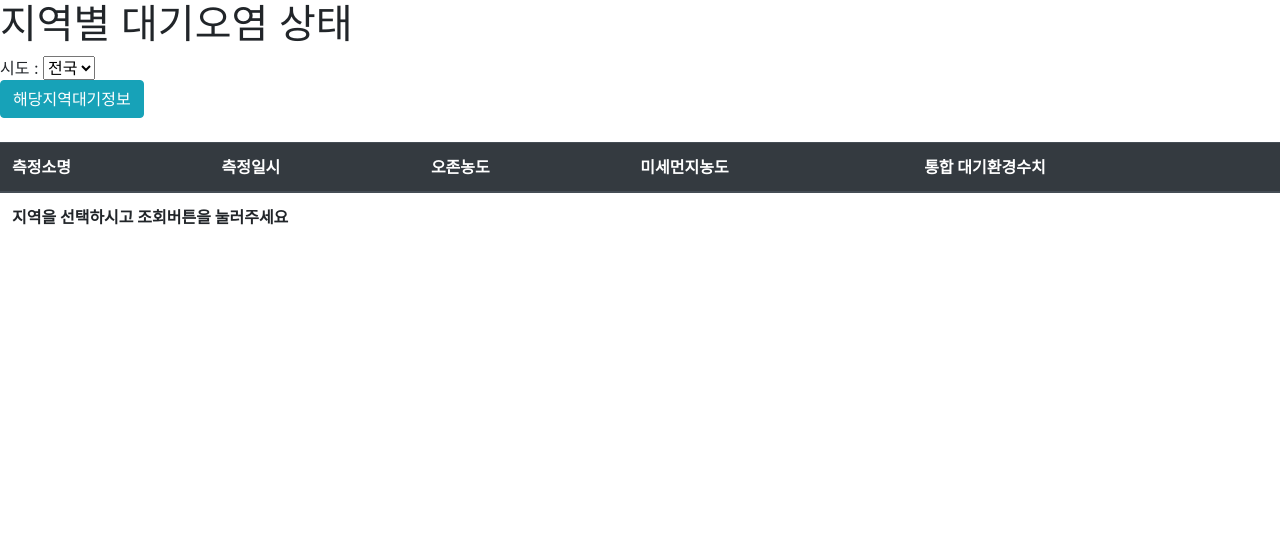
Repository: LeeSeongWook1/semi_Spring
Page: http://localhost/apiProject/
These files come from the project's save history. The page is drawn as it stood at one moment and after the next save; the edit follows.
The browser window is 1280 px wide. The pictures show the whole page.
The page is served by Tomcat 9. Other server files are loaded and not shown.

Above is the page before, as saved 2024-04-25 08:15:39.

### apiProject/src/main/webapp/index.jsp
<%@ page language="java" contentType="text/html; charset=UTF-8"
	pageEncoding="UTF-8"%>
<!DOCTYPE html>
<html>
<head>
<meta charset="UTF-8">
<title>Insert title here</title>
 <!-- jQuery 라이브러리 -->
    <script src="https://ajax.googleapis.com/ajax/libs/jquery/3.4.1/jquery.min.js"></script>
    <!-- 부트스트랩에서 제공하고 있는 스타일 -->
    <link rel="stylesheet" href="https://maxcdn.bootstrapcdn.com/bootstrap/4.5.2/css/bootstrap.min.css">
    <!-- 부트스트랩에서 제공하고 있는 스크립트 -->
    <script src="https://maxcdn.bootstrapcdn.com/bootstrap/4.5.2/js/bootstrap.min.js"></script>
</head>
<body>


	<h1>지역별 대기오염 상태</h1>

	시도 :
	<select id="sidoName">
		<option>전국</option>
		<option>서울</option>
		<option>부산</option>
		<option>대구</option>
		<option>인천</option>
		<option>광주</option>
		<option>대전</option>
		<option>울산</option>
		<option>경기</option>
		<option>경기</option>
		<option>강원</option>
		<option>충북</option>
		<option>충남</option>
		<option>전북</option>
		<option>전남</option>
		<option>경북</option>
		<option>경남</option>
		<option>제주</option>
		<option>세종</option>
	</select>

	<br>
	<button class="btn btn-info" id="btn1">해당지역대기정보</button>
	<br><br>


	<script>
		$(function(){
			$('#btn1').click(function(){
			/*
				$.ajax({
					url : 'air',
					data : {sidoName : $('#sidoName').val()},
					type : 'get',
					success : function(result){
						//console.log(result.response.body.items);

						const items = result.response.body.items;

						let str = '';
						for(let i in items){
							const item = items[i];

							str+= '<tr>'
								+ '<td>' +item.stationName+'</td>'
								+ '<td>' +item.dataTime + '</td>'
								+ '<td>' +item.o3Value+'</td>'
								+ '<td>' +item.pm10Value+'</td>'
								+ '<td>' +item.khaiValue+'</td>'
								+ '</tr>';
						}

						$('tbody').html();
					}
				});
				*/

				/*
					익명함수를 화살표 표기법을 이용해서 작성(가시성이 좋음)

					"function(){}"를 		"()=>{}"" 이렇게 작성할 수 있음

					"function(a){}"를		"a =>{}" 이렇게 작성할 수 있음

					"function(a,b){}"를 		"(a,b)=>{}"이렇게 작성할 수 있음

					"function(){return 'a'}"를  ()=>'a'"이렇게 작성할 수 있음

				*/

				$.ajax({
					url : 'xml',
					data : {sidoName : $('#sidoName').val()},
					type : 'get',
					success : data => {

						//console.log(data);

						//jQuery => find() : 기준이 되는 요소의 하위요소들 중 특정 요소를 찾을 떄 사용(HTML요소) -> XML 요소에도 사용가능

						//console.log($(data).find('item'));

						//XML형식의 응답데이터를 받았을떄
						//1. 응답 데이터에서 실제 데이터가 담겨있는 요소 선택
						const items = $(data).find('item');

						//2.반복문을 통해 실제 데이터가 담긴 요소들에 접근해서 동적으로 요소 만들기!
						let value='';
						items.each((i,item)=>{ //1번 i에는 index, 2번 item에는 element
							//console.log(item);
							//console.log($(item).find('stationName').text());

							value+= '<tr>'
									+'<td>' +$(item).find('stationName').text() +'</td>'
									+'<td>' +$(item).find('dataTime').text() +'</td>'
									+'<td>' +$(item).find('o3Value').text() +'</td>'
									+'<td>' +$(item).find('pm10Value').text() +'</td>'
									+'<td>' +$(item).find('khaiValue').text() +'</td>'
									+'</tr>';


						});

						$('tbody').html(value);


					},
					error : () => {
						console.log('실패');
					}
				})

			});

		})

	</script>


	<table class="table table-hover">
		<thead class="thead-dark">
			<tr>
				<th>측정소명</th>
				<th>측정일시</th>
				<th>오존농도</th>
				<th>미세먼지농도</th>
				<th>통합 대기환경수치</th>
			</tr>
		</thead>
		<tbody>
			<tr>
				<th colspan="5">지역을 선택하시고 조회버튼을 눌러주세요 </th>
			</tr>
		</tbody>
	</table>

</body>
</html>

After the next save:
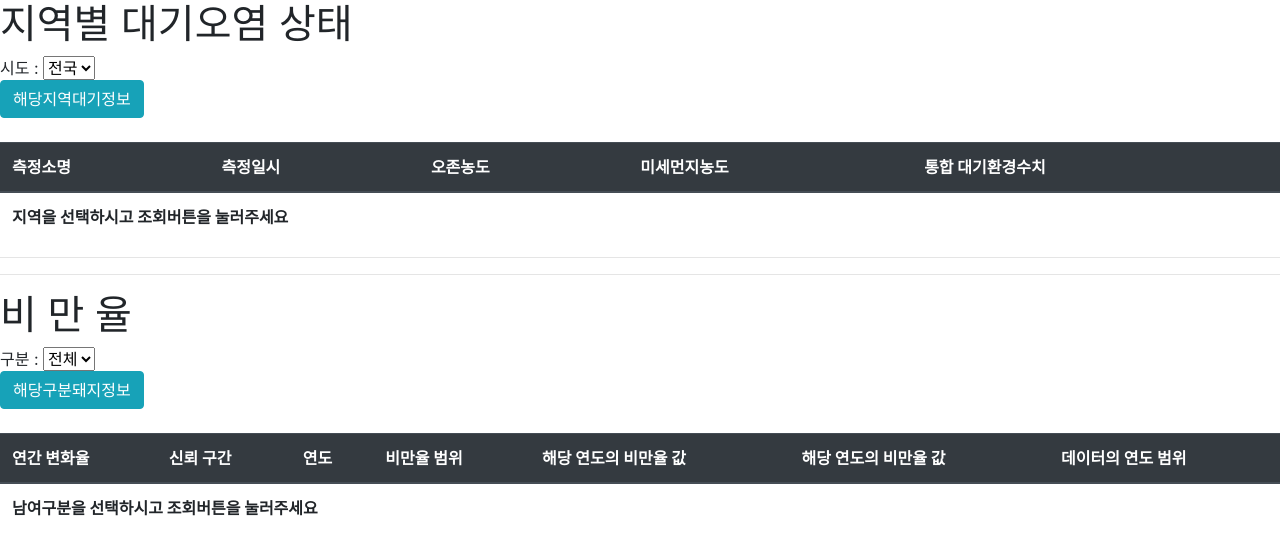
Saved 4 min 51 s later.
--- a/apiProject/src/main/webapp/index.jsp
+++ b/apiProject/src/main/webapp/index.jsp
@@ -155,5 +155,131 @@
 		</tbody>
 	</table>
 
+	<hr><hr>
+
+	<h1>비 만 율</h1>
+		구분 :
+	<select id="SERIESNAME">
+		<option>전체</option>
+		<option>남</option>
+		<option>여</option>
+	</select>
+	<br>
+	<button class="btn btn-info" id="btn1">해당구분돼지정보</button>
+	<br><br>
+
+
+	<table class="table table-hover">
+		<thead class="thead-dark">
+			<tr>
+				<th>연간 변화율</th>
+				<th>신뢰 구간</th>
+				<th>연도</th>
+				<th>비만율 범위</th>
+				<th>해당 연도의 비만율 값</th>
+				<th>해당 연도의 비만율 값</th>
+				<th>데이터의 연도 범위</th>
+			</tr>
+		</thead>
+		<tbody>
+			<tr>
+				<th colspan="7">남여구분을 선택하시고 조회버튼을 눌러주세요 </th>
+			</tr>
+		</tbody>
+	</table>
+
+
+	<script>
+		$(function(){
+			$('#btn1').click(function(){
+			/*
+				$.ajax({
+					url : 'air',
+					data : {sidoName : $('#sidoName').val()},
+					type : 'get',
+					success : function(result){
+						//console.log(result.response.body.items);
+
+						const items = result.response.body.items;
+
+						let str = '';
+						for(let i in items){
+							const item = items[i];
+
+							str+= '<tr>'
+								+ '<td>' +item.stationName+'</td>'
+								+ '<td>' +item.dataTime + '</td>'
+								+ '<td>' +item.o3Value+'</td>'
+								+ '<td>' +item.pm10Value+'</td>'
+								+ '<td>' +item.khaiValue+'</td>'
+								+ '</tr>';
+						}
+
+						$('tbody').html();
+					}
+				});
+				*/
+
+				/*
+					익명함수를 화살표 표기법을 이용해서 작성(가시성이 좋음)
+
+					"function(){}"를 		"()=>{}"" 이렇게 작성할 수 있음
+
+					"function(a){}"를		"a =>{}" 이렇게 작성할 수 있음
+
+					"function(a,b){}"를 		"(a,b)=>{}"이렇게 작성할 수 있음
+
+					"function(){return 'a'}"를  ()=>'a'"이렇게 작성할 수 있음
+
+				*/
+
+				$.ajax({
+					url : 'xml',
+					data : {sidoName : $('#sidoName').val()},
+					type : 'get',
+					success : data => {
+
+						//console.log(data);
+
+						//jQuery => find() : 기준이 되는 요소의 하위요소들 중 특정 요소를 찾을 떄 사용(HTML요소) -> XML 요소에도 사용가능
+
+						//console.log($(data).find('item'));
+
+						//XML형식의 응답데이터를 받았을떄
+						//1. 응답 데이터에서 실제 데이터가 담겨있는 요소 선택
+						const items = $(data).find('item');
+
+						//2.반복문을 통해 실제 데이터가 담긴 요소들에 접근해서 동적으로 요소 만들기!
+						let value='';
+						items.each((i,item)=>{ //1번 i에는 index, 2번 item에는 element
+							//console.log(item);
+							//console.log($(item).find('stationName').text());
+
+							value+= '<tr>'
+									+'<td>' +$(item).find('stationName').text() +'</td>'
+									+'<td>' +$(item).find('dataTime').text() +'</td>'
+									+'<td>' +$(item).find('o3Value').text() +'</td>'
+									+'<td>' +$(item).find('pm10Value').text() +'</td>'
+									+'<td>' +$(item).find('khaiValue').text() +'</td>'
+									+'</tr>';
+
+
+						});
+
+						$('tbody').html(value);
+
+
+					},
+					error : () => {
+						console.log('실패');
+					}
+				})
+
+			});
+
+		})
+
+	</script>
+
 </body>
 </html>

After the save that followed:
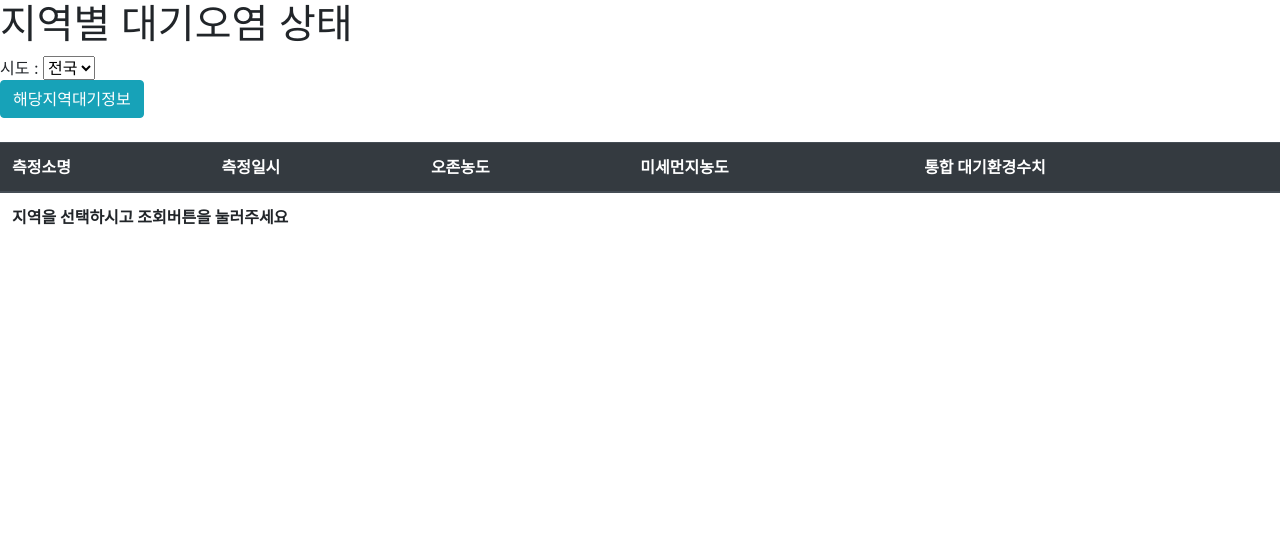
Saved 79 s later.
--- a/apiProject/src/main/webapp/index.jsp
+++ b/apiProject/src/main/webapp/index.jsp
@@ -155,40 +155,6 @@
 		</tbody>
 	</table>
 
-	<hr><hr>
-
-	<h1>비 만 율</h1>
-		구분 :
-	<select id="SERIESNAME">
-		<option>전체</option>
-		<option>남</option>
-		<option>여</option>
-	</select>
-	<br>
-	<button class="btn btn-info" id="btn1">해당구분돼지정보</button>
-	<br><br>
-
-
-	<table class="table table-hover">
-		<thead class="thead-dark">
-			<tr>
-				<th>연간 변화율</th>
-				<th>신뢰 구간</th>
-				<th>연도</th>
-				<th>비만율 범위</th>
-				<th>해당 연도의 비만율 값</th>
-				<th>해당 연도의 비만율 값</th>
-				<th>데이터의 연도 범위</th>
-			</tr>
-		</thead>
-		<tbody>
-			<tr>
-				<th colspan="7">남여구분을 선택하시고 조회버튼을 눌러주세요 </th>
-			</tr>
-		</tbody>
-	</table>
-
-
 	<script>
 		$(function(){
 			$('#btn1').click(function(){
